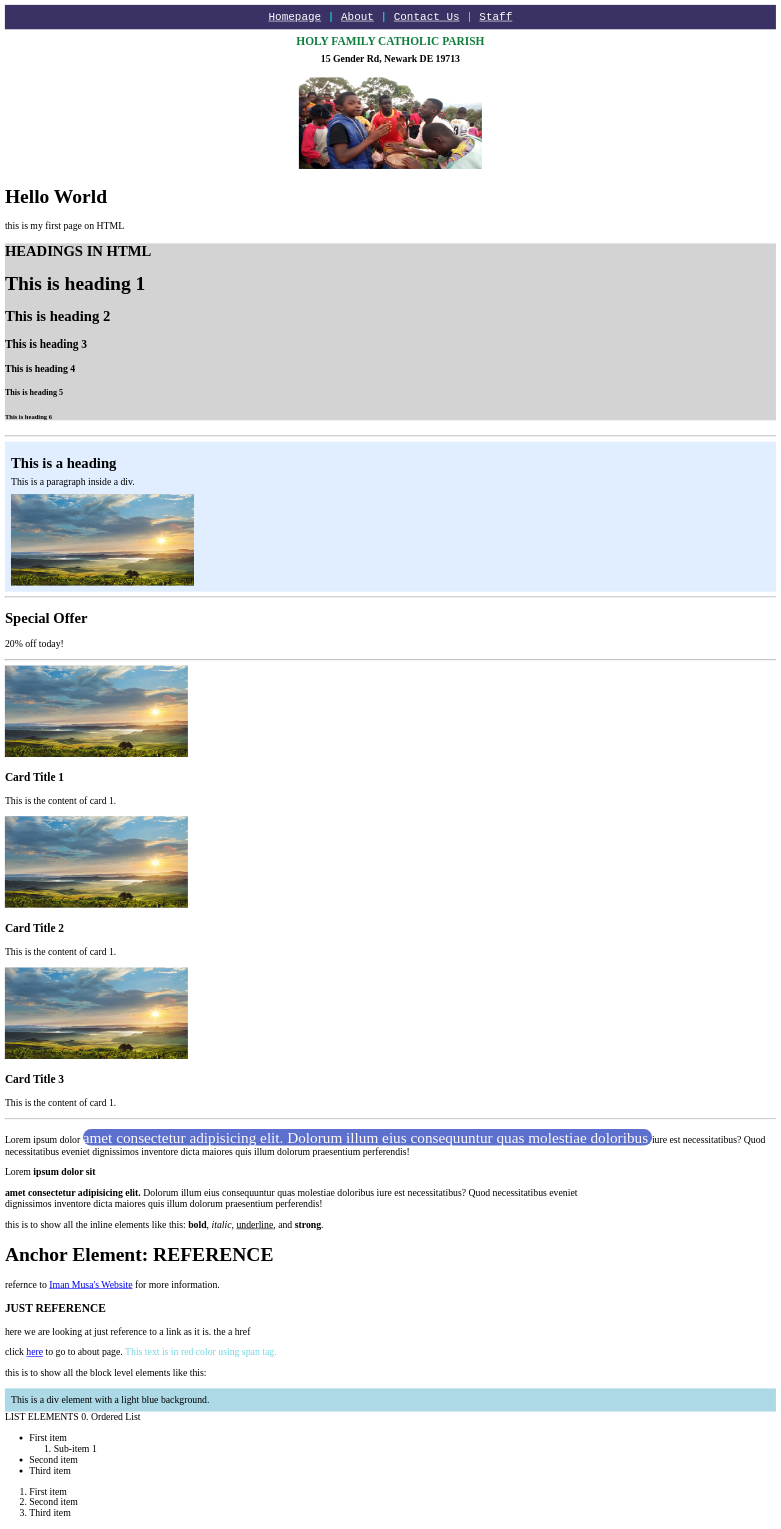
Repository: ficotims/HTML-RESTART
Page: Homepage.html
These files come from the project's save history. The page is drawn as it stood at one moment and after the next save; the edit follows.
The browser window is 1280 px wide. The pictures show the whole page, at 61% of full size.

Above is the page before, as saved 2026-02-10 17:09:59.

After the next save:
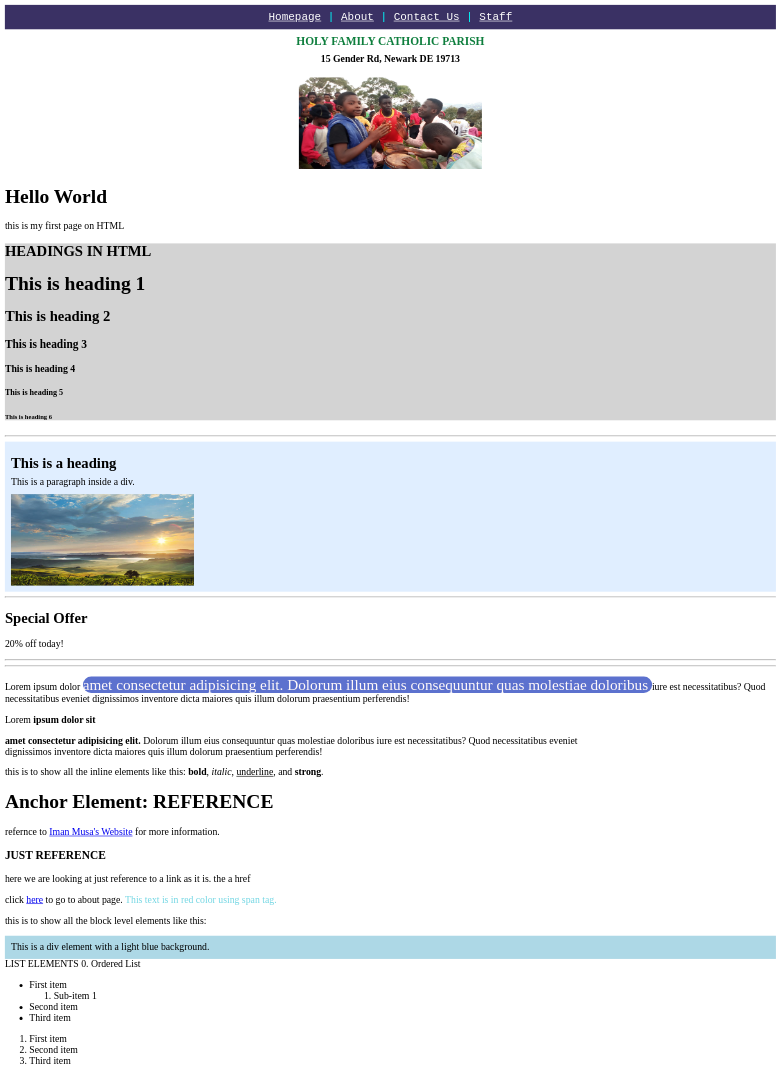
Saved 15 s later.
--- a/Homepage.html
+++ b/Homepage.html
@@ -56,28 +56,7 @@
 <hr>
 
   <!-- SECTION AND CARDS -->
-<section class="container">
-  <div class="card">
-    <div class="card-image">
-      <img src="images/landscape.jpg" alt="Card Image" width="300" height="150" />
-    <h3>Card Title 1</h3>
-    <p>This is the content of card 1.</p>
-  </div>
-  <div class="card">
-    <div class="card-image">
-      <img src="images/landscape.jpg" alt="Card Image" width="300" height="150" />
-    <h3>Card Title 2</h3>
-    <p>This is the content of card 1.</p>
-  </div>
-  <div class="card">
-    <div class="card-image">
-      <img src="images/landscape.jpg" alt="Card Image" width="300" height="150" />
-    <h3>Card Title 3</h3>
-    <p>This is the content of card 1.</p>
-  </div>
 
-
-</section>
 
   <hr>
     <!-- thi is for paragraphs now -->
